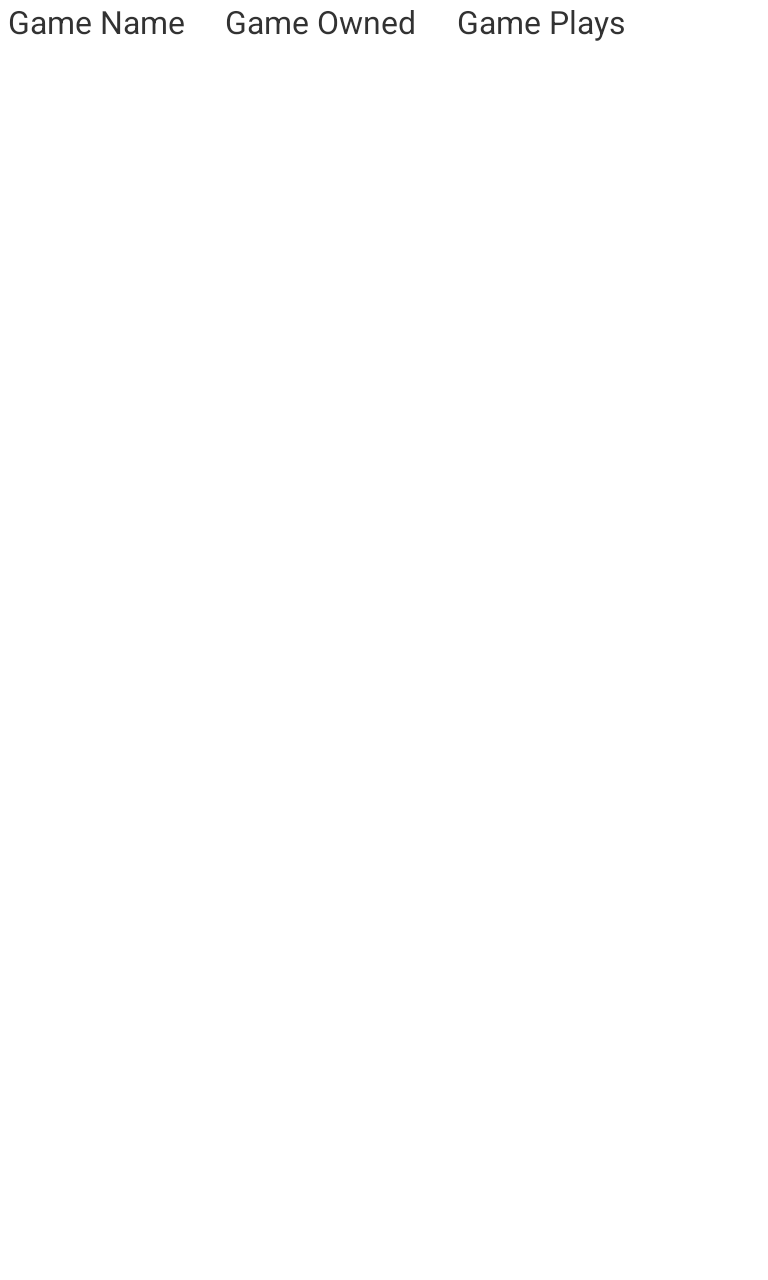
Repository: stewartwinter/bggpersonal
Layout: BGGPersonal/res/layout/collection_item_game.xml
An editor plug-in stored every save of this project. The layout is shown before and after the next save, followed by the edit.
It is drawn on a 768 x 1280 px phone screen (xhdpi) without system bars, with theme AppTheme; the app's code is not run.

Above is the layout before, as saved 2014-03-15 05:57:53.

After the next save:
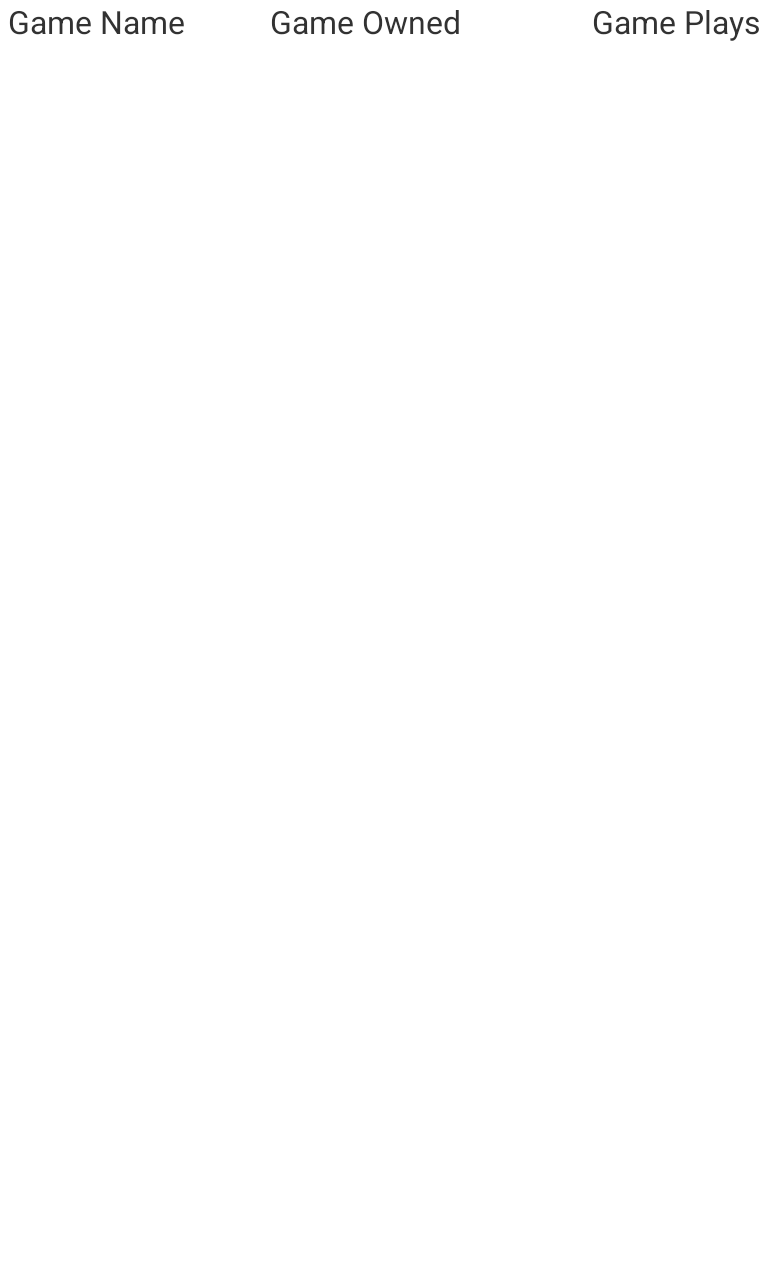
Saved 44 s later.
--- a/BGGPersonal/res/layout/collection_item_game.xml
+++ b/BGGPersonal/res/layout/collection_item_game.xml
@@ -12,8 +12,9 @@
     	android:paddingRight="10dp"
     	android:text="Game Name"
     	android:textSize="16sp"
-    	android:weight="1"
+    	android:layout_weight="1"
     />
+
 <TextView
     	android:id="@+id/collection_item_game_owned"
     	android:layout_width="wrap_content"
@@ -22,7 +23,7 @@
     	android:paddingRight="10dp"
     	android:text="Game Owned"
     	android:textSize="16sp"
-    	android:weight="1"
+    	android:layout_weight="1"
     />
 <TextView
     	android:id="@+id/collection_item_game_plays"
@@ -33,6 +34,6 @@
     	android:text="Game Plays"
     	android:textSize="16sp"
     	android:gravity="right"
-    	android:weight="1"
+    	android:layout_weight="1"
     />
 </LinearLayout>
